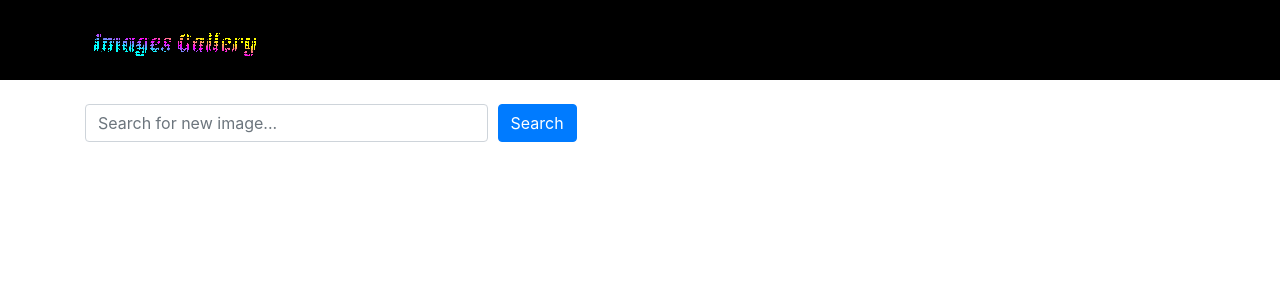
Repository: Zolds403/images-gallery
Page: / (app in frontend/)
An editor plug-in stored every save of this project. The page is shown before and after the next save, followed by the edit.
The browser window is 1280 px wide. The pictures show the whole page.
The project was rebuilt for these pictures with package versions that can differ from the ones it lists, and the page was loaded fresh each time. Also part of the build but not shown: frontend/src/components/ImageCard.js.

Above is the page before, as saved 2021-06-07 21:07:41.

### frontend/src/index.js
//jshint esversion:6
import React from 'react';
import ReactDOM from 'react-dom';
import './css/index.css';
import App from './App';
ReactDOM.render(
  <React.StrictMode>
    <App />
  </React.StrictMode>,
  document.getElementById('root')
);

### frontend/src/App.js
//jshint esversion:9
import { useState } from 'react';
import 'bootstrap/dist/css/bootstrap.min.css';
import Header from './components/Header';
import Search from './components/Search';
import ImageCard from './components/ImageCard';
import { Container, Row, Col } from 'react-bootstrap';

const UNSPLASH_KEY = process.env.REACT_APP_UNSPLASH_KEY;

const App = () => {
  const [word, setWord] = useState('');
  const [images, setImages] = useState([]);

  console.log(images);

  const handleSearchSubmit = (e) => {
    e.preventDefault();
    console.log(word);
    fetch(
      `https://api.unsplash.com/photos/random/?query=${word}&client_id=${UNSPLASH_KEY}`
    )
      .then((res) => res.json())
      .then((data) => {
        setImages([{ ...data, title: word }, ...images]);
      })
      .catch((err) => {
        console.log(err);
      });

    setWord('');
  };

  const handleDeleteImage = (id) => {
    setImages(images.filter((image) => image.id !== id));
  };

  return (
    <div>
      <Header title="Images Gallery" />
      <Search word={word} setWord={setWord} handleSubmit={handleSearchSubmit} />
      <Container className="mt-4">
        <Row xs={1} md={2} lg={3}>
          {images.map((image, i) => (
            <Col key={i} className="pb-3">
              <ImageCard image={image} deleteImage={handleDeleteImage} />
            </Col>
          ))}
        </Row>
      </Container>
    </div>
  );
};

export default App;

### frontend/src/components/Header.js
//jshint esversion: 8

import React from 'react';
import { Navbar, Container } from 'react-bootstrap';
import { ReactComponent as Logo } from '../images/logo.svg';

const navBarStyle = {
  backgroundColor: 'black',
};

const Header = (props) => {
  return (
    <Navbar style={navBarStyle} variant="light">
      <Container>
        <Logo style={{ maxWidth: '12rem', maxHeight: '4rem' }} />
      </Container>
    </Navbar>
  );
};

export default Header;

### frontend/src/components/Search.js
//jshint esversion: 8
import React from 'react';
import { Container, Row, Col, Form, Button } from 'react-bootstrap';

const Search = ({ word, setWord, handleSubmit }) => {
  return (
    <Container className="mt-4">
      <Row className="justify-content">
        <Col xs={12} md={8} lg={6}>
          <Form onSubmit={handleSubmit}>
            <Form.Row>
              <Col xs={9}>
                <Form.Control
                  type="text"
                  value={word}
                  onChange={(e) => setWord(e.target.value)}
                  placeholder="Search for new image..."
                />
              </Col>
              <Col>
                <Button variant="primary" type="submit">
                  Search
                </Button>
              </Col>
            </Form.Row>
          </Form>
        </Col>
      </Row>
    </Container>
  );
};

export default Search;

Loaded but not shown: frontend/public/index.html (common file); frontend/src/css/index.css (common file)

After the next save:
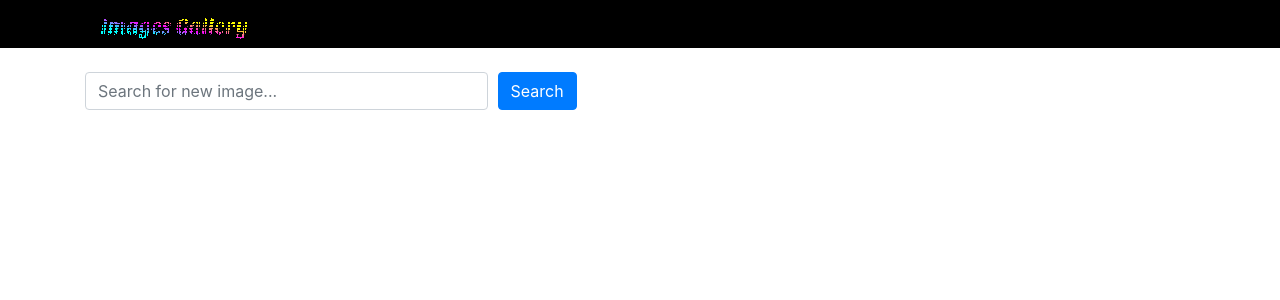
Saved 19 s later.
--- a/frontend/src/components/Header.js
+++ b/frontend/src/components/Header.js
@@ -12,7 +12,7 @@ const Header = (props) => {
   return (
     <Navbar style={navBarStyle} variant="light">
       <Container>
-        <Logo style={{ maxWidth: '12rem', maxHeight: '4rem' }} />
+        <Logo style={{ maxWidth: '12rem', maxHeight: '2rem' }} />
       </Container>
     </Navbar>
   );
